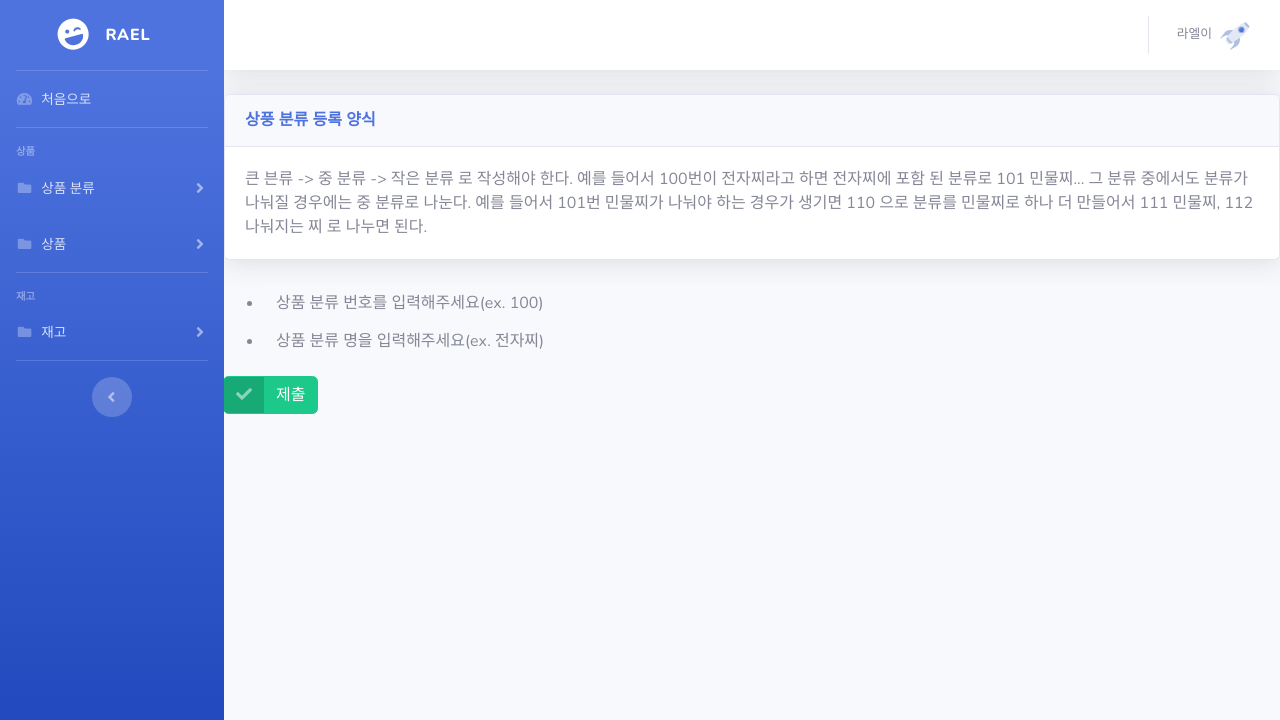
Repository: sww232/springRaelProject
Page: http://localhost/rael/WEB-INF/views/product/category_insert.jsp
The author's editor kept a copy of each file at every save. The page is drawn from the files as they stood at one save, then again after the next save.
The browser window is 1280 px wide. The pictures show the whole page.
The page is served by Tomcat 9. Nobody is signed in. The template is opened directly, without the code that normally fills it, so the values that code supplies are empty.

Above is the page before, as saved 2022-10-06 19:01:12.

After the next save:
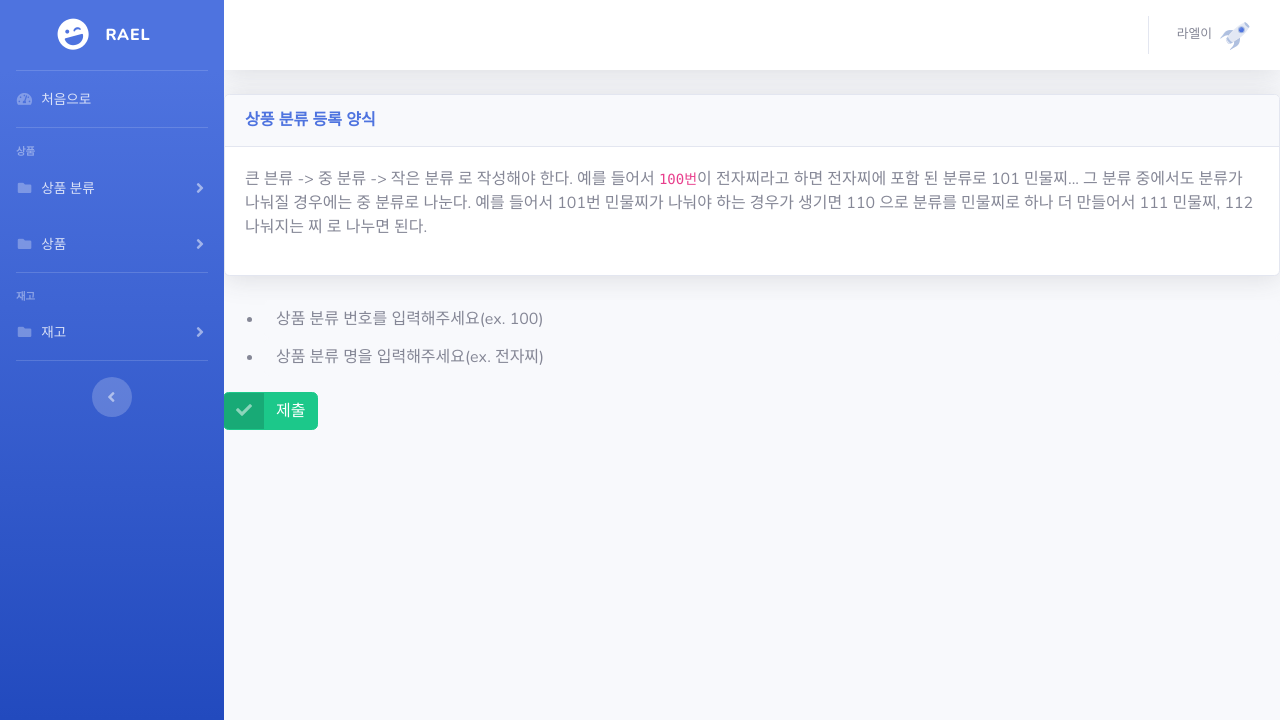
Saved 5 min 8 s later.
--- a/raelproject3/rael/src/main/webapp/WEB-INF/views/product/category_insert.jsp
+++ b/raelproject3/rael/src/main/webapp/WEB-INF/views/product/category_insert.jsp
@@ -319,14 +319,14 @@
 					<h6 class="m-0 font-weight-bold text-primary">상풍 분류 등록 양식</h6>
 				</div>
 				<div class="card-body">
-
-					큰 븐류 -> 중 분류 -> 작은 분류 로 작성해야 한다.
-					예를 들어서 100번이 전자찌라고 하면 전자찌에 포함 된 분류로 101 민물찌...
-					그 분류 중에서도 분류가 나눠질 경우에는 중 분류로 나눈다.
-					예를 들어서 101번 민물찌가 나눠야 하는 경우가 생기면
-					110 으로 분류를 민물찌로 하나 더 만들어서
-					111 민물찌, 112 나눠지는 찌 로 나누면 된다.
-
+					<p>
+						큰 븐류 -> 중 분류 -> 작은 분류 로 작성해야 한다.
+						예를 들어서 <code>100번</code>이 전자찌라고 하면 전자찌에 포함 된 분류로 101 민물찌...
+						그 분류 중에서도 분류가 나눠질 경우에는 중 분류로 나눈다.
+						예를 들어서 101번 민물찌가 나눠야 하는 경우가 생기면
+						110 으로 분류를 민물찌로 하나 더 만들어서
+						111 민물찌, 112 나눠지는 찌 로 나누면 된다.
+					</p>
 				</div>
 			</div>
 
